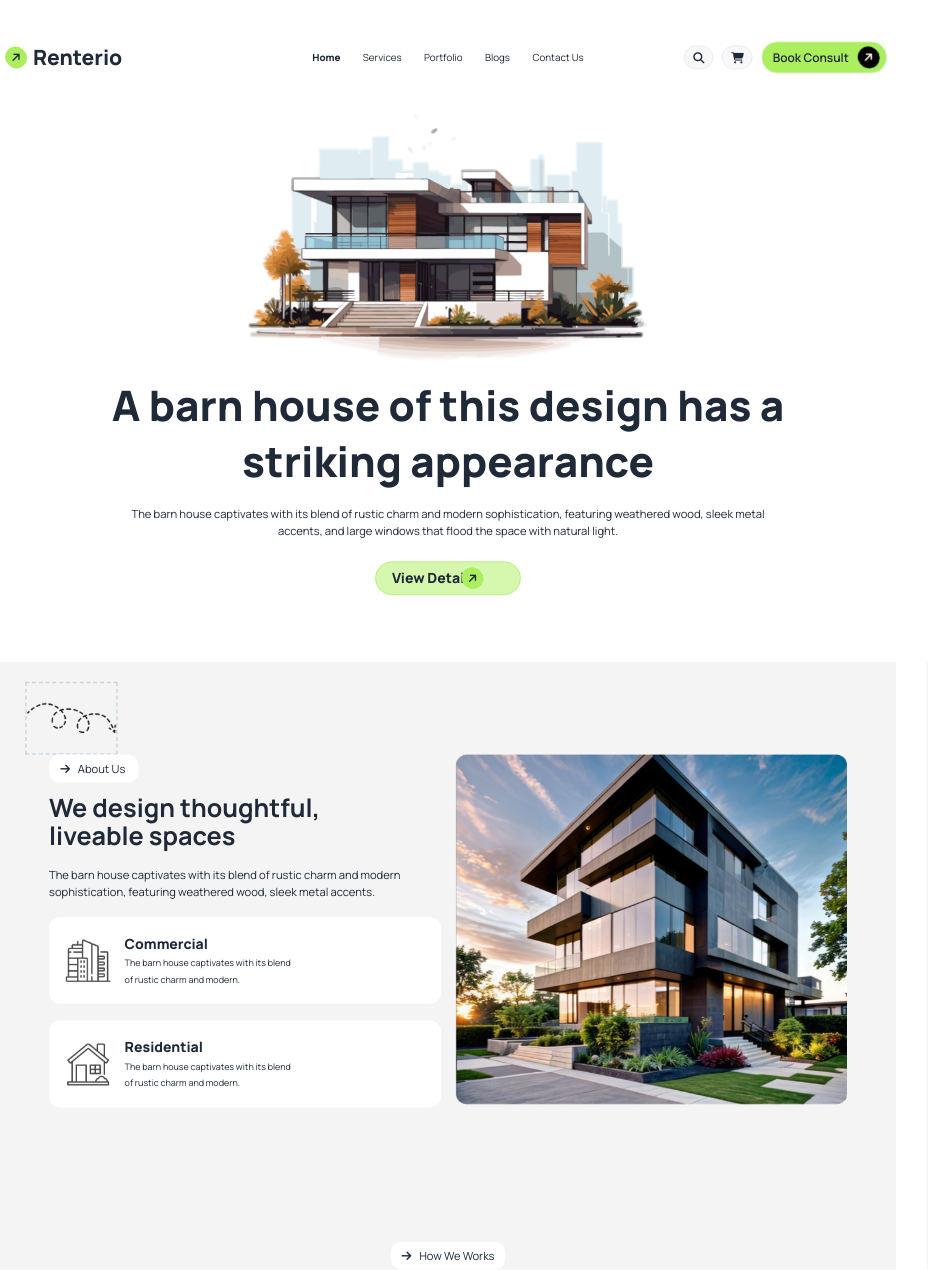
Repository: Tanvir4312/assignment-03
Page: index.html
An editor plug-in stored every save of this project. The page is shown before and after the next save, followed by the edit.
The browser window is 1280 px wide. The page is 1325 px wide, so the pictures cover 1325 px, including what lies to the right of the window. The pictures show the whole page, at 70% of full size.
Some web libraries are served in a nearby version.

Above is the page before, as saved 2024-10-30 16:54:57.

After the next save:
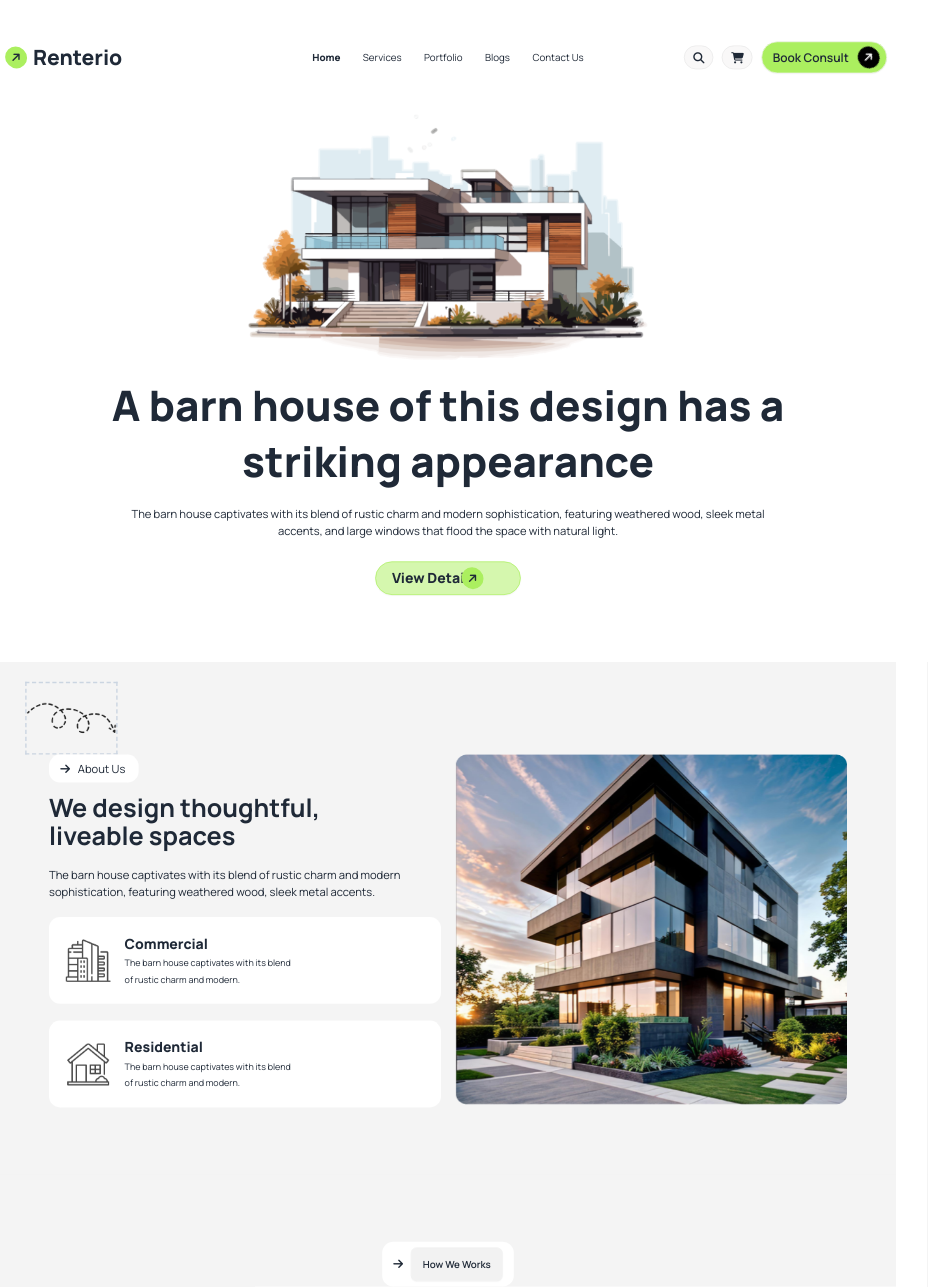
Saved 9 s later.
--- a/index.html
+++ b/index.html
@@ -190,7 +190,7 @@
                 <div class="bg-white py-2 px-4 rounded-2xl">
 
                     <i class="fa-solid fa-arrow-right pr-2"></i>
-                    <button>How We Works</button>
+                    <button class="btn">How We Works</button>
                 </div>
             </div>
         </section>

After the save that followed:
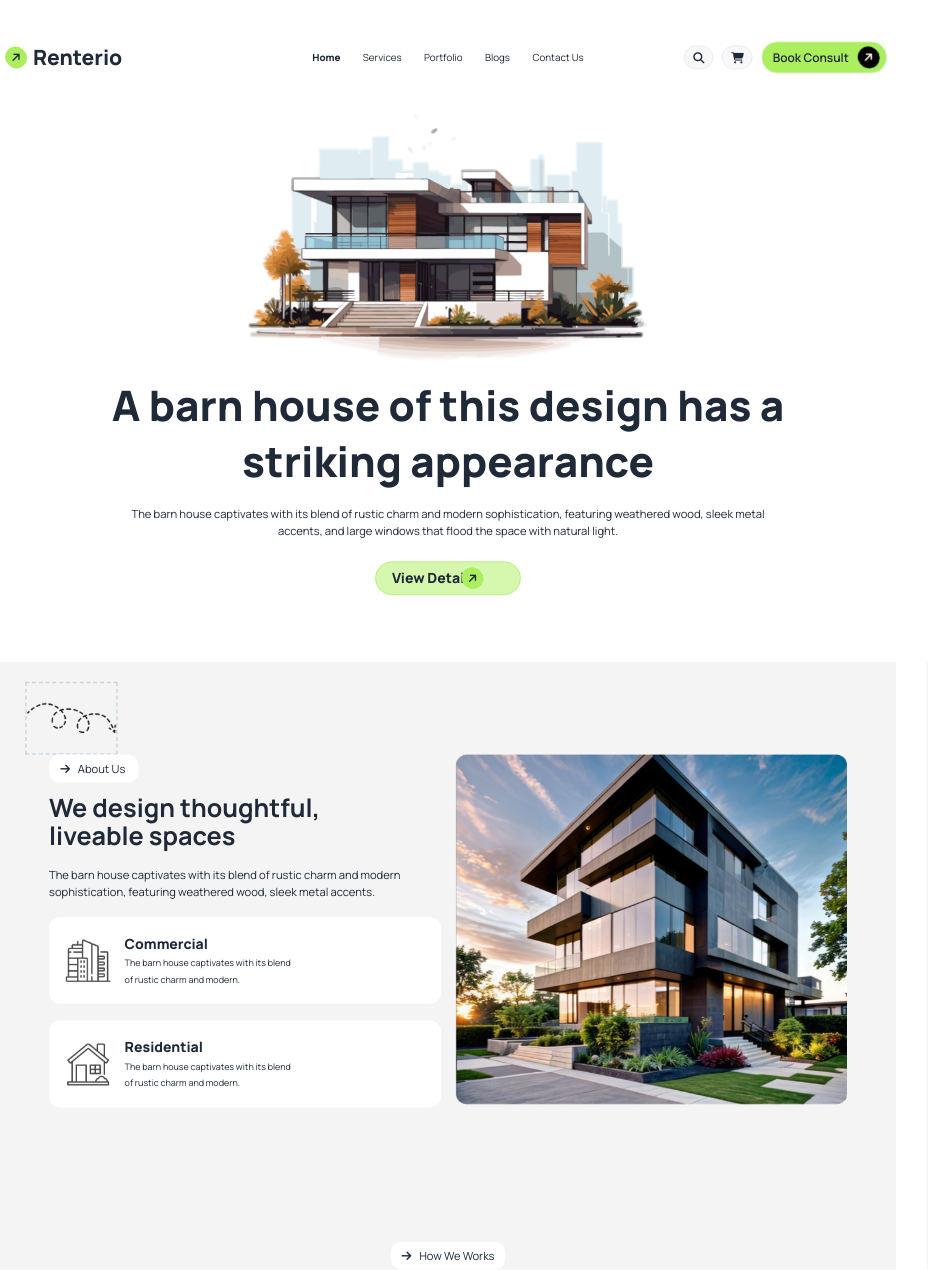
Saved 11 s later.
--- a/index.html
+++ b/index.html
@@ -190,7 +190,7 @@
                 <div class="bg-white py-2 px-4 rounded-2xl">
 
                     <i class="fa-solid fa-arrow-right pr-2"></i>
-                    <button class="btn">How We Works</button>
+                    <button>How We Works</button>
                 </div>
             </div>
         </section>
